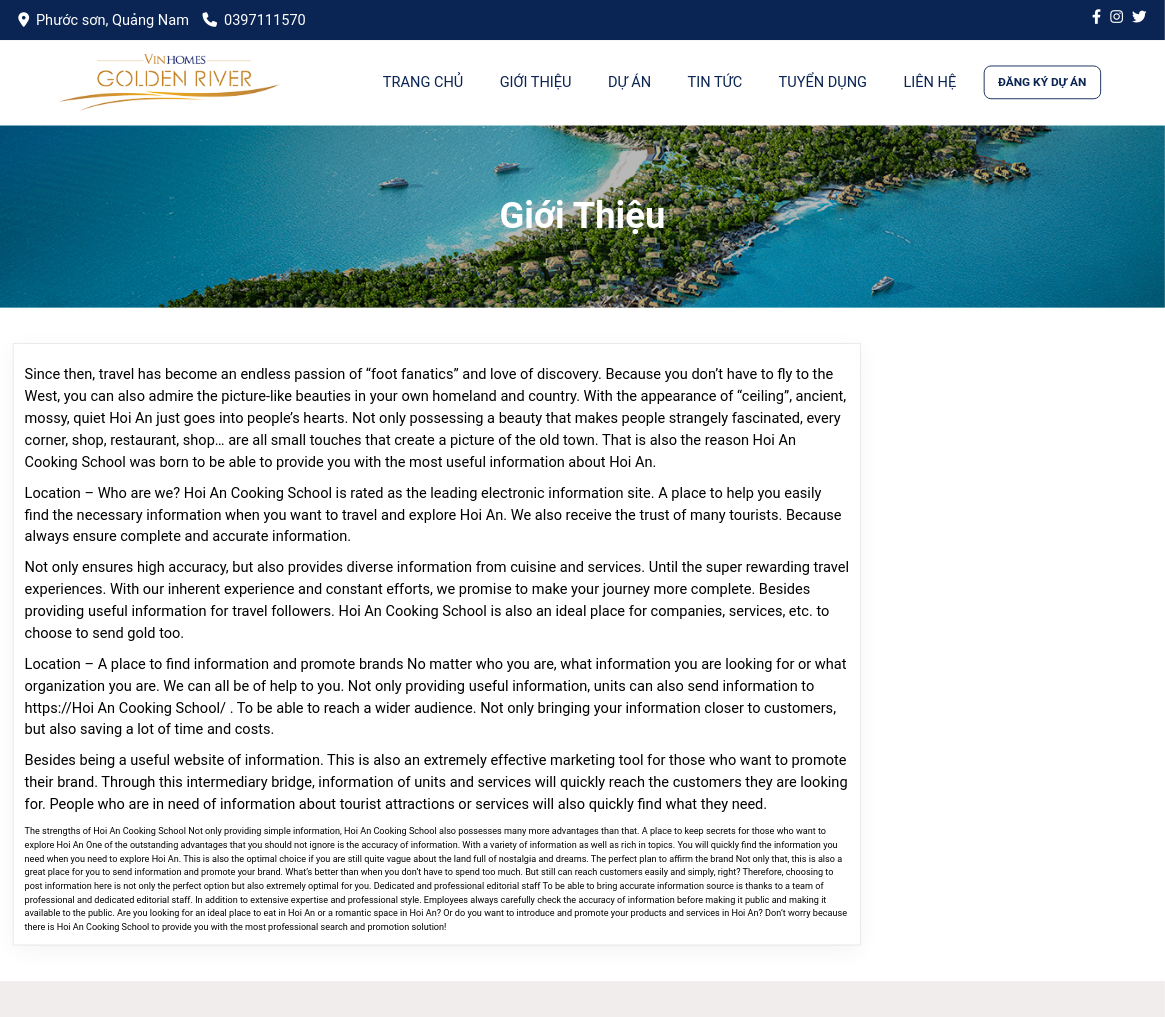
Repository: phamphuc2/fontend-bds
Page: about.html
An editor plug-in stored every save of this project. The page is shown before and after the next save, followed by the edit.
The browser window is 1280 px wide. The pictures show the part of the page from y = 0 to 1118 px (the page is 1573 px tall before and 1692 px after), at 91% of full size.
Pictures or frames that could not be fetched are drawn as grey boxes. Some web libraries are served in a nearby version.

Above is the page before, as saved 2022-06-23 16:05:25.

### about.html
<!DOCTYPE html>
<html lang="en">

<head>
    <meta charset="UTF-8">
    <meta http-equiv="X-UA-Compatible" content="IE=edge">
    <meta name="viewport" content="width=device-width, initial-scale=1.0">
    <title>BDS</title>
    <!-- linl css -->
    <link rel="stylesheet" href="libs/slick/slick.css">
    <link rel="stylesheet" href="libs/slick/slick-theme.css">
    <link rel="stylesheet" href="./assets/css/bootstrap.css">
    <link rel="stylesheet" href="./assets/css/theme.css">
    <link rel="stylesheet" href="./assets/css/resposive.css">
    <link rel="stylesheet " href="./style.css ">
    <!-- link thư viện -->
    <link rel="stylesheet " href="https://cdnjs.cloudflare.com/ajax/libs/font-awesome/6.1.1/css/all.min.css ">
    <!-- link font -->
    <link rel="preconnect" href="https://fonts.googleapis.com">
    <link rel="preconnect" href="https://fonts.gstatic.com" crossorigin>
    <link
        href="https://fonts.googleapis.com/css2?family=Roboto+Flex:opsz,wght@8..144,200;8..144,300;8..144,400;8..144,500;8..144,600;8..144,700;8..144,800;8..144,900&display=swap"
        rel="stylesheet">
</head>

<body>
    <!-- Header -->
    <header class="header">
        <div class="header-top">
            <div class="container">
                <div class="inner">
                    <div class="box-left">
                        <div class="map">
                            <i class="fa-solid fa-location-dot"></i>
                            <span>Phước sơn, Quảng Nam</span>
                        </div>
                        <div class="phone">
                            <i class="fa-solid fa-phone"></i>
                            <span>0397111570</span>
                        </div>
                    </div>
                    <div class="box-right">
                        <ul class="list-info">
                            <li class="item">
                                <a href="">
                                    <i class="fa-brands fa-facebook-f"></i>
                                </a>
                            </li>
                            <li class="item">
                                <a href="">
                                    <i class="fa-brands fa-instagram"></i>
                                </a>
                            </li>
                            <li class="item">
                                <a href="">
                                    <i class="fa-brands fa-twitter"></i>
                                </a>
                            </li>
                        </ul>
                    </div>
                </div>
            </div>
        </div>

        <div class="header-bottom">
            <div class="container">
                <div class="inner">
                    <div class="header-bottom-left">
                        <a href="#">
                            <div class="logo">
                                <img src="./assets/images/logo.png" alt="">
                            </div>
                        </a>
                    </div>
                    <div class="header-bottom-right">
                        <ul class="menu">
                            <li>
                                <a href="./index.html">Trang chủ</a>
                            </li>
                            <li>
                                <a href="./about.html">Giới Thiệu</a>
                            </li>
                            <li>
                                <a href="./taxonomy.html">Dự Án</a>
                            </li>
                            <li>
                                <a href="./taxonomy.html">Tin Tức</a>
                            </li>
                            <li>
                                <a href="./blogs.html">Tuyển Dụng</a>
                            </li>
                            <li>
                                <a href="./contact.html">Liên hệ</a>
                            </li>
                        </ul>
                        <div class="wrapper btn-project">
                            <a class="modal-toggle">ĐĂNG KÝ DỰ ÁN</a>
                        </div>
                        <div class="modal">
                            <div class="modal-overlay modal-toggle"></div>
                            <div class="modal-wrapper modal-transition">
                                <div class="modal-header inner-top">
                                    <button class="modal-close modal-toggle ">x</button>
                                    <h2 class="title">LIÊN HỆ</h2>
                                    <div class="is-drive"></div>
                                </div>
                                <div class="modal-body">
                                    <div class="form-contact-home">
                                        <div role="form" class="wpcf7" id="wpcf7-f80-o1" lang="en-US" dir="ltr">
                                            <form action="" class="wpcf7-form init">
                                                <span class="wpcf7-form-control-wrap your-name"><input type="text"
                                                        name="your-name" value="" size="40"
                                                        class="wpcf7-form-control wpcf7-text wpcf7-validates-as-required"
                                                        aria-required="true" aria-invalid="false"
                                                        placeholder="Tên của bạn"></span>
                                                <span class="wpcf7-form-control-wrap your-name"><input type="text"
                                                        name="your-name" value="" size="40"
                                                        class="wpcf7-form-control wpcf7-text wpcf7-validates-as-required"
                                                        aria-required="true" aria-invalid="false"
                                                        placeholder="Địa chỉ email của bạn"></span>
                                                <span class="wpcf7-form-control-wrap your-name"><input type="text"
                                                        name="your-name" value="" size="40"
                                                        class="wpcf7-form-control wpcf7-text wpcf7-validates-as-required"
                                                        aria-required="true" aria-invalid="false"
                                                        placeholder="Số điện thoại của bạn"></span>
                                                <span class="wpcf7-form-control-wrap your-title"><textarea
                                                        name="your-title" cols="40" rows="10"
                                                        class="wpcf7-form-control wpcf7-textarea wpcf7-validates-as-required"
                                                        aria-required="true" aria-invalid="false"
                                                        placeholder="Nội dung yêu cầu dự án..."></textarea></span>
                                                <div class="btn-submit">
                                                    <input type="submit" value="Gửi yêu cầu"
                                                        class="wpcf7-form-control has-spinner wpcf7-submit"><span
                                                        class="wpcf7-spinner"></span>
                                                </div>
                                                <div class="wpcf7-response-output" aria-hidden="true"></div>
                                            </form>
                                        </div>
                                    </div>
                                </div>
                            </div>
                        </div>
                    </div>
                    <div class="icon menu-mobile-icon">
                        <svg xmlns="http://www.w3.org/2000/svg" width="16" height="16" fill="currentColor"
                            class="bi bi-list" viewBox="0 0 16 16">
                            <path fill-rule="evenodd"
                                d="M2.5 12a.5.5 0 0 1 .5-.5h10a.5.5 0 0 1 0 1H3a.5.5 0 0 1-.5-.5zm0-4a.5.5 0 0 1 .5-.5h10a.5.5 0 0 1 0 1H3a.5.5 0 0 1-.5-.5zm0-4a.5.5 0 0 1 .5-.5h10a.5.5 0 0 1 0 1H3a.5.5 0 0 1-.5-.5z" />
                        </svg>
                    </div>
                </div>
            </div>
        </div>
    </header>
    <!-- End header -->

    <!-- menu-mobile -->
    <div class="menu-mobile">
        <div class="menu-top">
            <a href="#">
                <div class="logo">
                    <img src="./assets/images/logo.png" alt="">
                </div>
            </a>
            <div class="icon-close">
                <svg xmlns="http://www.w3.org/2000/svg" width="16" height="16" fill="currentColor" class="bi bi-x-lg"
                    viewBox="0 0 16 16">
                    <path
                        d="M2.146 2.854a.5.5 0 1 1 .708-.708L8 7.293l5.146-5.147a.5.5 0 0 1 .708.708L8.707 8l5.147 5.146a.5.5 0 0 1-.708.708L8 8.707l-5.146 5.147a.5.5 0 0 1-.708-.708L7.293 8 2.146 2.854Z" />
                </svg>
            </div>
        </div>
        <ul class="menu">
            <li>
                <a href="./index.html">Trang chủ</a>
            </li>
            <li>
                <a href="./about.html">Giới Thiệu</a>
            </li>
            <li>
                <a href="./taxonomy.html">Dự Án</a>
            </li>
            <li>
                <a href="./taxonomy.html">Tin Tức</a>
            </li>
            <li>
                <a href="./blogs.html">Tuyển Dụng</a>
            </li>
            <li>
                <a href="./contact.html">Liên hệ</a>
            </li>
        </ul>
    </div>
    <div class="overlays"></div>
    <!-- end-menu-mobile -->

    <section class="banner">
        <div class="overlay"></div>
        <div class="container">
            <h2 class="title">Giới Thiệu</h2>
        </div>
    </section>
    <section class="page-about">

        <div class="container">
            <div class="row">
                <div class="col-lg-9">
                    <div class="content">
                       <p>
                            Since then, travel has become an endless passion of “foot fanatics” and love of discovery.
                            Because you don’t have to fly to the West, you can also admire the picture-like beauties in your
                            own homeland and country. With the appearance of “ceiling”, ancient, mossy, quiet Hoi An just
                            goes into people’s hearts. Not only possessing a beauty that makes people strangely fascinated,
                            every corner, shop, restaurant, shop… are all small touches that create a picture of the old
                            town. That is also the reason Hoi An Cooking School was born to be able to provide you with the
                            most useful information about Hoi An.
                       </p>

                       <p>
                            Location – Who are we?
                            Hoi An Cooking School is rated as the leading electronic information site. A place to help you
                            easily find the necessary information when you want to travel and explore Hoi An. We also
                            receive the trust of many tourists. Because always ensure complete and accurate information.
                       </p>

                        <p>
                            Not only ensures high accuracy, but also provides diverse information from cuisine and services.
                            Until the super rewarding travel experiences. With our inherent experience and constant efforts,
                            we promise to make your journey more complete. Besides providing useful information for travel
                            followers. Hoi An Cooking School is also an ideal place for companies, services, etc. to choose
                            to send gold too.
                        </p>

                       <p>
                            Location – A place to find information and promote brands
                            No matter who you are, what information you are looking for or what organization you are. We can
                            all be of help to you. Not only providing useful information, units can also send information to
                            https://Hoi An Cooking School/ . To be able to reach a wider audience. Not only bringing your
                            information closer to customers, but also saving a lot of time and costs.
                       </p>

                        <p>
                            Besides being a useful website of information. This is also an extremely effective marketing
                            tool for those who want to promote their brand. Through this intermediary bridge, information of
                            units and services will quickly reach the customers they are looking for. People who are in need
                            of information about tourist attractions or services will also quickly find what they need.
                        </p>

                        The strengths of Hoi An Cooking School
                        Not only providing simple information, Hoi An Cooking School also possesses many more advantages
                        than that.

                        A place to keep secrets for those who want to explore Hoi An
                        One of the outstanding advantages that you should not ignore is the accuracy of information.
                        With a variety of information as well as rich in topics. You will quickly find the information
                        you need when you need to explore Hoi An. This is also the optimal choice if you are still quite
                        vague about the land full of nostalgia and dreams.

                        The perfect plan to affirm the brand
                        Not only that, this is also a great place for you to send information and promote your brand.
                        What’s better than when you don’t have to spend too much. But still can reach customers easily
                        and simply, right? Therefore, choosing to post information here is not only the perfect option
                        but also extremely optimal for you.

                        Dedicated and professional editorial staff
                        To be able to bring accurate information source is thanks to a team of professional and
                        dedicated editorial staff. In addition to extensive expertise and professional style. Employees
                        always carefully check the accuracy of information before making it public and making it
                        available to the public.

                        Are you looking for an ideal place to eat in Hoi An or a romantic space in Hoi An? Or do you
                        want to introduce and promote your products and services in Hoi An? Don’t worry because there is
                        Hoi An Cooking School to provide you with the most professional search and promotion solution!
                    </div>
                </div>
                <div class="col-lg-3">

                </div>
            </div>
        </div>
    </section>


    <!-- footer -->
    <footer class="footer">
        <div class="footer-top">
            <div class="container">
                <div class="row">
                    <div class="col-lg-6">
                        <div class="box-left">
                            <a href="" class="logo">
                                <img src="./assets/images/logo.png" alt="">
                            </a>
                            <div class="name-cty">CÔNG TY CỔ PHẦN DỊCH VỤ & ĐỊA ỐC BDS</div>
                            <ul class="list-info">
                                <li class="item">
                                    <strong>- Địa chỉ:</strong>
                                    Phước sơn, Quảng Nam
                                </li>
                                <li class="item">
                                    <a href="">
                                        <strong>- Hotline:</strong>
                                        0397111570
                                    </a>
                                </li>
                                <li class="item">
                                    <a href="">
                                        <strong>- Email:</strong>
                                        0397111570
                                    </a>
                                </li>
                                <li class="item">
                                    <a href="">
                                        <strong>- Website:</strong>
                                        0397111570
                                    </a>
                                </li>
                            </ul>
                        </div>
                    </div>
                    <div class="col-lg-6">
                        <div class="box-right">
                            <iframe
                                src="https://www.google.com/maps/embed?pb=!1m18!1m12!1m3!1d3833.828583004772!2d108.17859985059002!3d16.074382643514532!2m3!1f0!2f0!3f0!3m2!1i1024!2i768!4f13.1!3m3!1m2!1s0x314218fb7240f30b%3A0x2e34fb5aa125e806!2zMSDEkOG6t25nIMSQw6xuaCBWw6JuLCBUaGFuaCBLaMOqIMSQw7RuZywgVGhhbmggS2jDqiwgxJDDoCBO4bq1bmcsIFZp4buHdCBOYW0!5e0!3m2!1svi!2s!4v1654737063418!5m2!1svi!2s"
                                style="border:0;" allowfullscreen="" loading="lazy"
                                referrerpolicy="no-referrer-when-downgrade"></iframe>
                        </div>
                    </div>
                </div>
            </div>
        </div>
        <div class="footer-bottom">
            <div class="container">
                <div class="copy-right">Phát triển và duy trì bởi Maxweb.vn</div>
            </div>
        </div>
    </footer>
    <!-- footer -->
    <div class="btn-goToTop">
        <div class="image">
            <img src="./assets/images/ic-up.png" alt="">
        </div>
    </div>
    <script src="./assets/js/jquery.min.js"></script>
    <script src="libs/slick/slick.min.js"></script>
    <script src="./assets/js/theme.js"></script>
</body>

</html>

### assets/css/resposive.css
@media (max-width: 1399px) {}

@media (max-width: 1199px) {}

@media (max-width: 991px) {
    .header .header-bottom .inner{
        justify-content: space-between;
    }
    .header .header-bottom .inner .header-bottom-right{
        display: none;
    }
    .header .header-bottom .menu-mobile-icon{
        display: block;
    }
    .header .header-bottom .menu-mobile-icon svg{
        width: 20px;
        height: 20px;
    }
    .overlays {
        width: 100%;
        height: 100vh;
        background-color: rgba(0, 0, 0, 0.8);
        display: none;
        position: fixed;
        top: 0%;
        left: 0%;
        opacity: 1;
        z-index: 999999999;
    }
    .overlays.open {
        display: block;
    }

    .new .arrow{
        display: none;
    }
}

@media (max-width: 767px) {
    .header .header-top .inner .box-left .map span, .header .header-top .inner .box-left .phone span {
        font-size: 1.2rem;
    }
    .header .header-bottom .inner .header-bottom-left .logo img{
        max-width: 150px;
    }
}

@media (max-width: 650px) {}

@media (max-width: 574px) {}

Loaded but not shown: libs/slick/slick.css (common file); libs/slick/slick-theme.css (library); assets/css/bootstrap.css (library); assets/js/jquery.min.js (library); libs/slick/slick.min.js (library); assets/js/theme.js (126 lines, source omitted); assets/css/theme.css (1161 lines, source omitted); style.css (178 lines, source omitted)

After the next save:
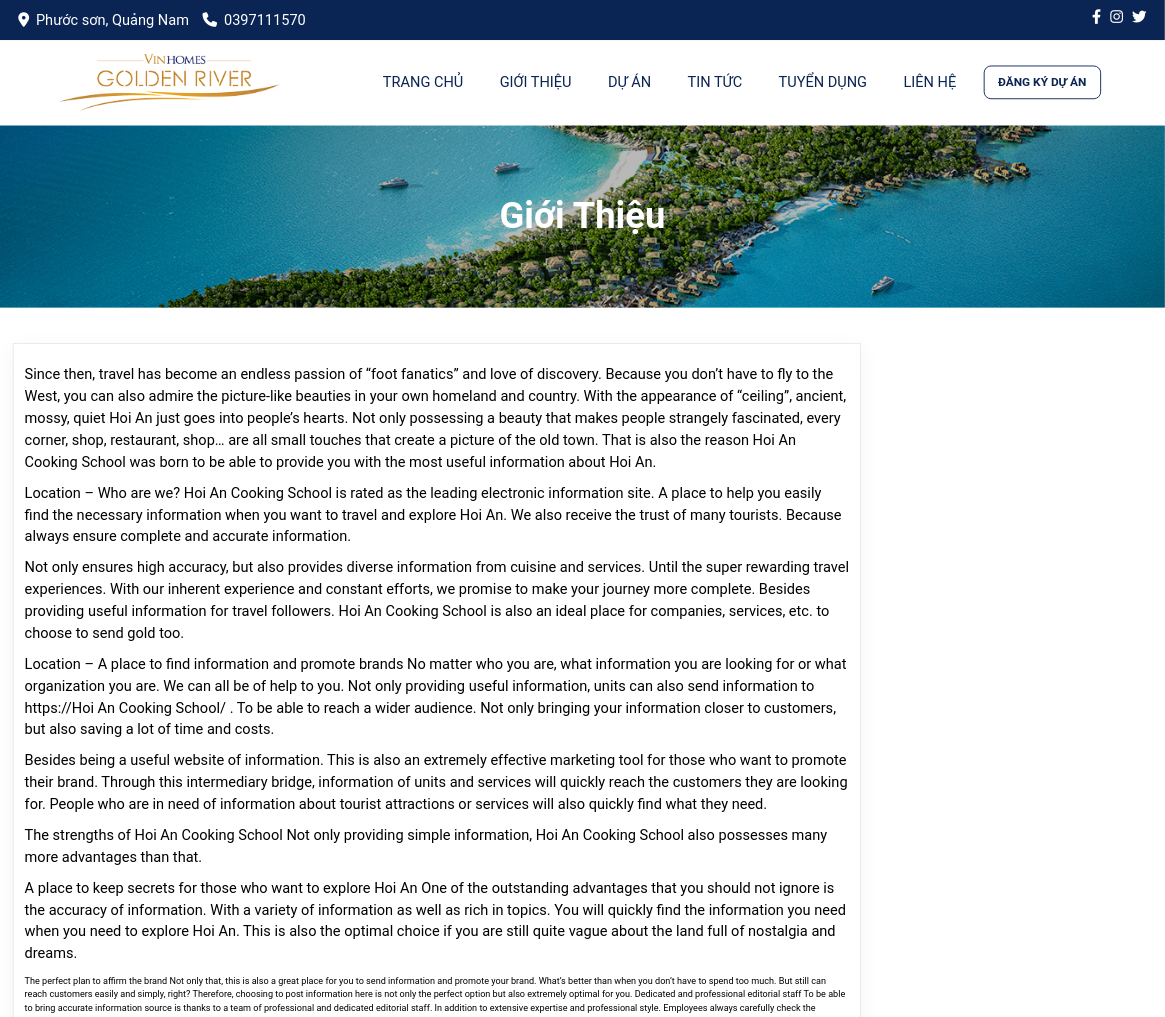
Saved 16 s later.
--- a/about.html
+++ b/about.html
@@ -246,15 +246,19 @@
                             of information about tourist attractions or services will also quickly find what they need.
                         </p>
 
-                        The strengths of Hoi An Cooking School
-                        Not only providing simple information, Hoi An Cooking School also possesses many more advantages
-                        than that.
-
-                        A place to keep secrets for those who want to explore Hoi An
-                        One of the outstanding advantages that you should not ignore is the accuracy of information.
-                        With a variety of information as well as rich in topics. You will quickly find the information
-                        you need when you need to explore Hoi An. This is also the optimal choice if you are still quite
-                        vague about the land full of nostalgia and dreams.
+                        <p>
+                            The strengths of Hoi An Cooking School
+                            Not only providing simple information, Hoi An Cooking School also possesses many more advantages
+                            than that.
+                        </p>
+
+                       <p>
+                            A place to keep secrets for those who want to explore Hoi An
+                            One of the outstanding advantages that you should not ignore is the accuracy of information.
+                            With a variety of information as well as rich in topics. You will quickly find the information
+                            you need when you need to explore Hoi An. This is also the optimal choice if you are still quite
+                            vague about the land full of nostalgia and dreams.
+                       </p>
 
                         The perfect plan to affirm the brand
                         Not only that, this is also a great place for you to send information and promote your brand.
